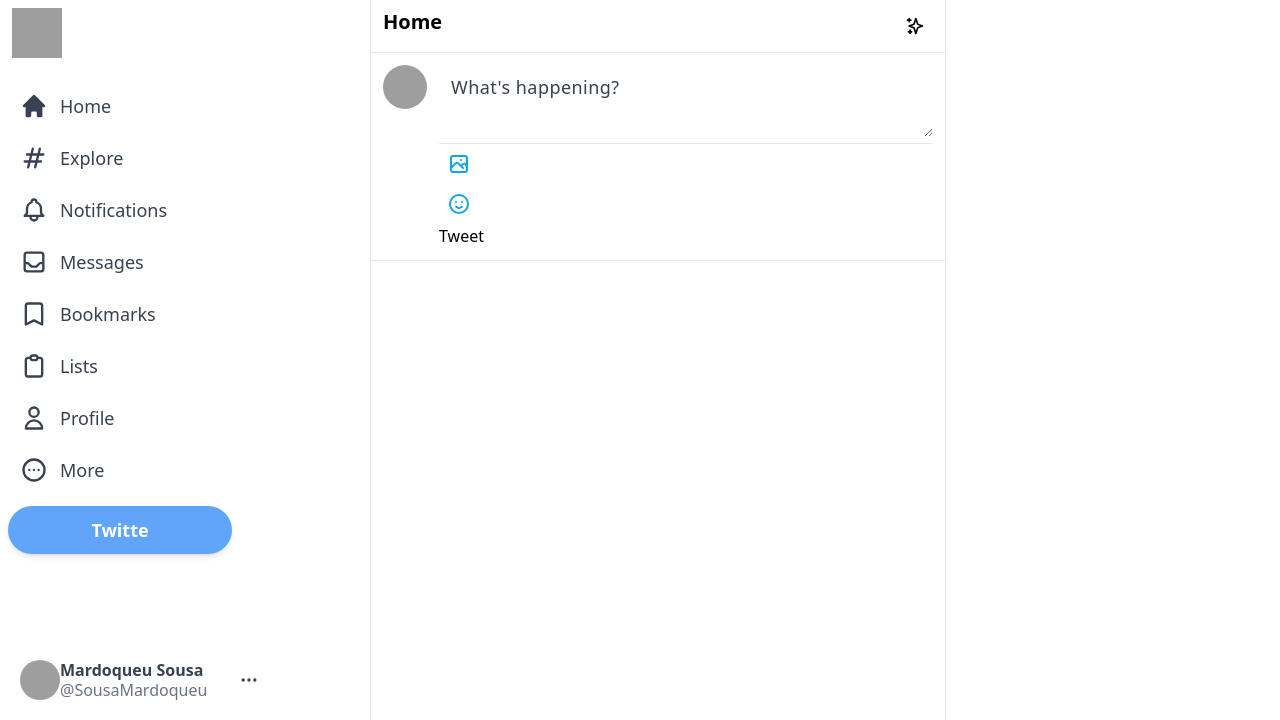
Repository: Mardoqueu/twitter
Page: /
The author's editor kept a copy of each file at every save. The page is drawn from the files as they stood at one save, then again after the next save.
The browser window is 1280 px wide. The pictures show the whole page.
Pictures or frames that could not be fetched are drawn as grey boxes. The project was rebuilt for these pictures with package versions that can differ from the ones it lists, and the page was loaded fresh each time. The framework's server and built-in components were replaced by stand-ins that run in the browser. Also part of the build but not shown: next.config.js.

Above is the page before, as saved 2022-09-02 08:17:46.

After the next save:
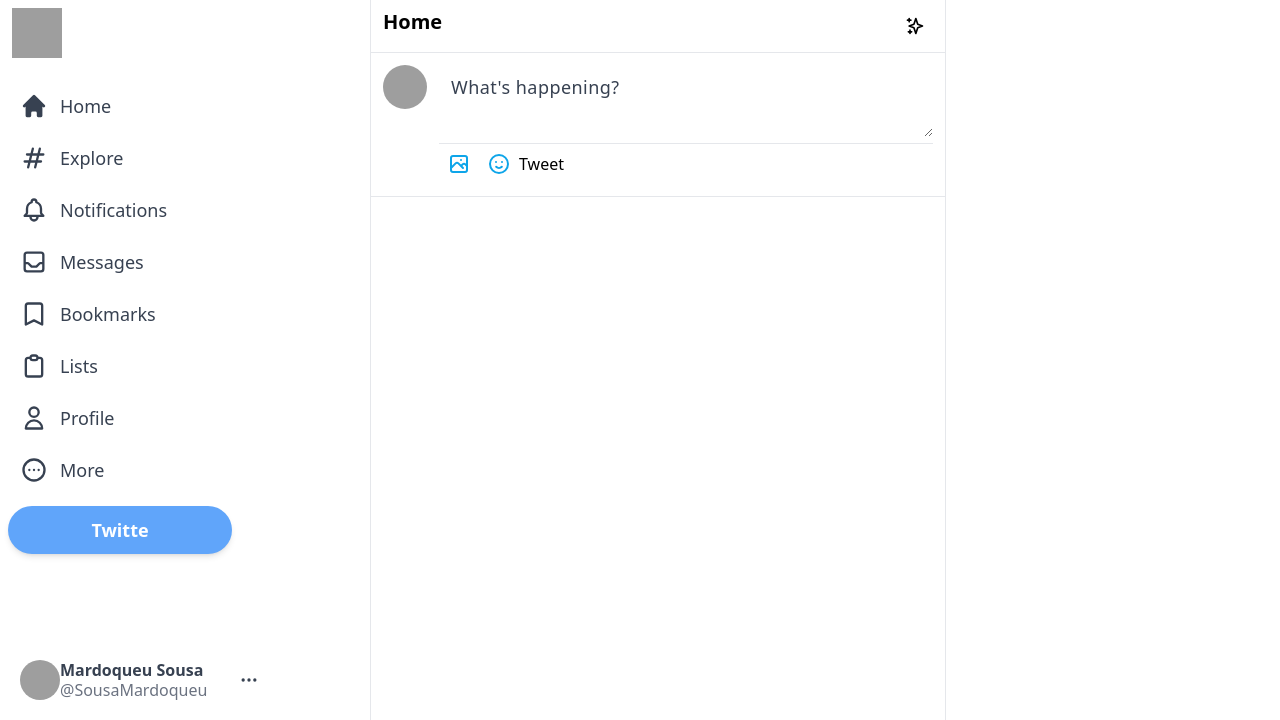
Saved 13 s later.
--- a/components/Input.js
+++ b/components/Input.js
@@ -10,8 +10,8 @@
             <div className="">
                 <textarea className="w-full border-none focus:ring-0 text-lg placeholder-gray-700 tracking-wide mini-h-[50px] text-gray-700"  rows="2" placeholder="What's happening?"></textarea>
             </div>
-            <div className="">
-                <div className="">
+            <div className="flex">
+                <div className=" flex">
                     <PhotographIcon className="h-10 w-10 hoverEffect p-2 text-sky-500 hover:bg-sky-500"/>
                     <EmojiHappyIcon className="h-10 w-10 hoverEffect p-2 text-sky-500 hover:bg-sky-500"/>
                 </div>
